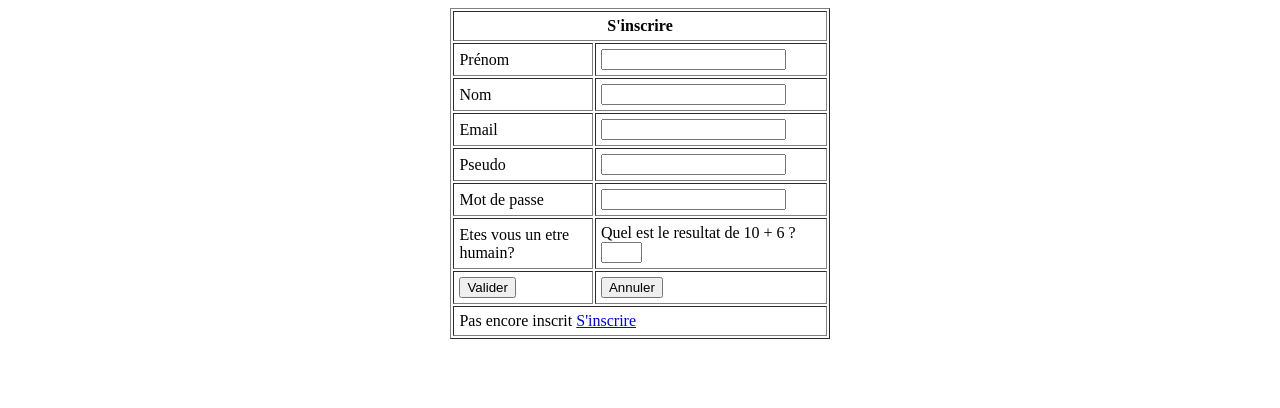
Repository: t2isoft/Login-jee
Page: http://localhost/spring-security-loginform-database/WEB-INF/pages/reg.jsp
These files come from the project's save history. The page is drawn as it stood at one moment and after the next save; the edit follows.
The browser window is 1280 px wide. The pictures show the whole page.
The page is served by Tomcat 9. Nobody is signed in. Other server files are loaded and not shown. The template is opened directly, without the code that normally fills it, so the values that code supplies are empty.

Above is the page before, as saved 2015-11-24 09:19:53.

### spring-security-loginform-database/src/main/webapp/WEB-INF/pages/reg.jsp
<%@page contentType="text/html" pageEncoding="UTF-8"%>
<!DOCTYPE html>
<html>
    <head>
        <meta http-equiv="Content-Type" content="text/html; charset=UTF-8">
        <title>Inscrition</title>
            <script type="text/javascript">
		    var a = Math.ceil(Math.random() * 10);
		    var b = Math.ceil(Math.random() * 10);
		    var c = a + b
		    function DrawBotBoot()
		    {
		        document.write("Quel est le resultat de "+ a + " + " + b +" ? ");
		        document.write("<input id='BotBootInput' type='text' maxlength='2' size='2'/>");
		    }
		    function ValidBotBoot(){
		        var d = document.getElementById('BotBootInput').value;
		        if (d == c) return true;
		        return false;

		    }
		    </script>
    </head>
    <body>
        <form method="get" action="registration">
            <center>
            <table border="1" width="30%" cellpadding="5">
                <thead>
                    <tr>
                        <th colspan="2">S'inscrire</th>
                    </tr>
                </thead>
                <tbody>
                    <tr>
                        <td>Prénom</td>
                        <td><input type="text" name="fname" value="" /></td>
                    </tr>
                    <tr>
                        <td>Nom</td>
                        <td><input type="text" name="lname" value="" /></td>
                    </tr>
                    <tr>
                        <td>Email</td>
                        <td><input type="text" name="email" value="" /></td>
                    </tr>
                    <tr>
                        <td>Pseudo</td>
                        <td><input type="text" name="uname" value="" /></td>
                    </tr>
                    <tr>
                        <td>Mot de passe</td>
                        <td><input type="password" name="pass" value="" /></td>
                    </tr>
                    <tr>
                        <td>Etes vous un etre humain?</td>
                        <td><script type="text/javascript">DrawBotBoot()</script>
                    </tr>
                    <tr>
                        <td><input id="Button1" type="submit" value="Valider" onclick="alert(ValidBotBoot());"/></td>
                        <td><input type="reset" value="Annuler" /></td>
                    </tr>
                    <tr>
                        <td colspan="2">Pas encore inscrit <a href="index">S'inscrire</a></td>
                    </tr>
                </tbody>
            </table>
            </center>
        </form>
    </body>
</html>

After the next save:
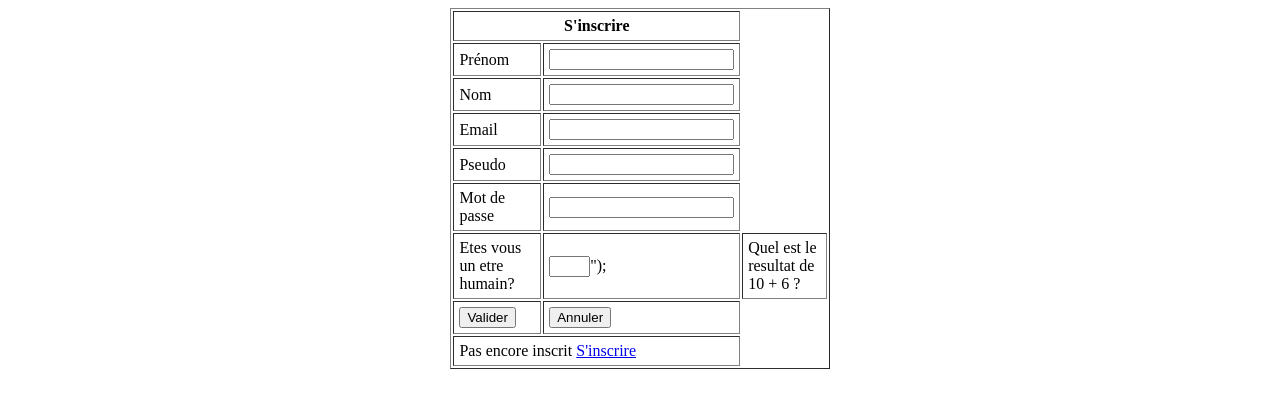
Saved 2 min 14 s later.
--- a/spring-security-loginform-database/src/main/webapp/WEB-INF/pages/reg.jsp
+++ b/spring-security-loginform-database/src/main/webapp/WEB-INF/pages/reg.jsp
@@ -11,7 +11,7 @@
 		    function DrawBotBoot()
 		    {
 		        document.write("Quel est le resultat de "+ a + " + " + b +" ? ");
-		        document.write("<input id='BotBootInput' type='text' maxlength='2' size='2'/>");
+		        // document.write("<input id='BotBootInput' type='text' maxlength='2' size='2'/>");
 		    }
 		    function ValidBotBoot(){
 		        var d = document.getElementById('BotBootInput').value;
@@ -53,6 +53,7 @@
                     </tr>
                     <tr>
                         <td>Etes vous un etre humain?</td>
+                        <td><input id='BotBootInput' type='text' maxlength='2' size='2'/>");</td>
                         <td><script type="text/javascript">DrawBotBoot()</script>
                     </tr>
                     <tr>
